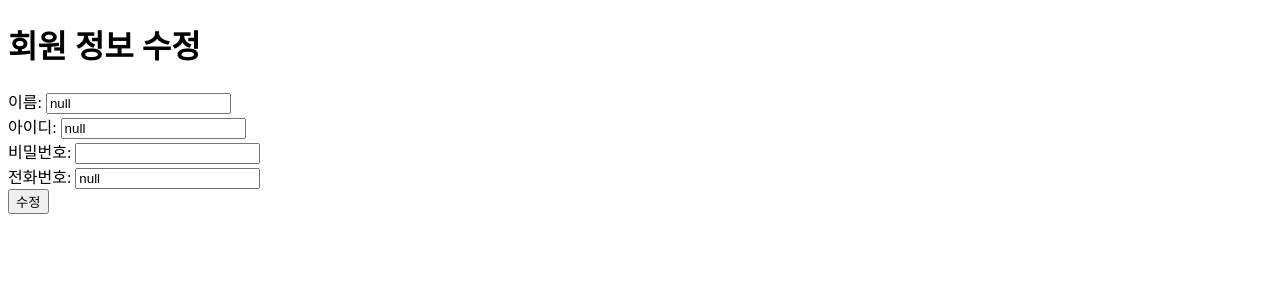
Repository: i-kemen/jsp
Page: http://localhost/WebTest/modifyResult.jsp
The author's editor kept a copy of each file at every save. The page is drawn from the files as they stood at one save, then again after the next save.
The browser window is 1280 px wide. The pictures show the whole page.
The page is served by Tomcat 10. Other server files are loaded and not shown.

Above is the page before, as saved 2023-06-22 11:43:38.

### WebTest/src/main/webapp/modifyResult.jsp
<%@ page language="java" contentType="text/html; charset=UTF-8" pageEncoding="UTF-8" %>
<!DOCTYPE html>
<html>
<head>
    <meta charset="UTF-8">
    <title>Modify</title>
</head>
<body>
    <h1>회원 정보 수정</h1>
    <form action="ModifyOk" method="post">
        <label for="name">이름:</label>
        <input type="text" id="name" name="name" value="<%= session.getAttribute("name") %>" required><br>
        <label for="id">아이디:</label>
        <input type="text" id="id" name="id" value="<%= session.getAttribute("id") %>" required><br>
        <label for="password">비밀번호:</label>
        <input type="password" id="password" name="password" required><br>
        <label for="phone">전화번호:</label>
        <input type="text" id="phone" name="phone" value="<%= session.getAttribute("phone") %>" required><br>
        <button type="submit">수정</button>
    </form>
</body>
</html>

After the next save:
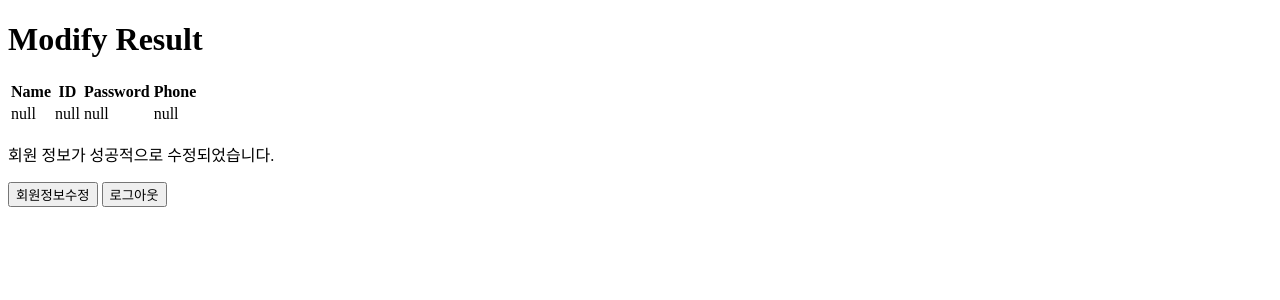
Saved 103 s later.
--- a/WebTest/src/main/webapp/modifyResult.jsp
+++ b/WebTest/src/main/webapp/modifyResult.jsp
@@ -3,20 +3,39 @@
 <html>
 <head>
     <meta charset="UTF-8">
-    <title>Modify</title>
+    <title>Modify Result</title>
 </head>
 <body>
-    <h1>회원 정보 수정</h1>
-    <form action="ModifyOk" method="post">
-        <label for="name">이름:</label>
-        <input type="text" id="name" name="name" value="<%= session.getAttribute("name") %>" required><br>
-        <label for="id">아이디:</label>
-        <input type="text" id="id" name="id" value="<%= session.getAttribute("id") %>" required><br>
-        <label for="password">비밀번호:</label>
-        <input type="password" id="password" name="password" required><br>
-        <label for="phone">전화번호:</label>
-        <input type="text" id="phone" name="phone" value="<%= session.getAttribute("phone") %>" required><br>
-        <button type="submit">수정</button>
-    </form>
+    <h1>Modify Result</h1>
+    <%-- 수정된 회원 정보를 출력 --%>
+    <table>
+        <tr>
+            <th>Name</th>
+            <th>ID</th>
+            <th>Password</th>
+            <th>Phone</th>
+        </tr>
+        <tr>
+            <td><%= session.getAttribute("name") %></td>
+            <td><%= session.getAttribute("id") %></td>
+            <td><%= session.getAttribute("password") %></td>
+            <td><%= session.getAttribute("phone") %></td>
+        </tr>
+    </table>
+    <p>회원 정보가 성공적으로 수정되었습니다.</p>
+
+      <script>
+    function goToModifyPage() {
+        location.href = "modify.jsp";
+    }
+
+    function goToLogOutPage() {
+        location.href = "logout.jsp";
+    }
+</script>
+
+<button onclick="goToModifyPage()">회원정보수정</button>
+<button onclick="goToLogOutPage()">로그아웃</button>
+
 </body>
 </html>
